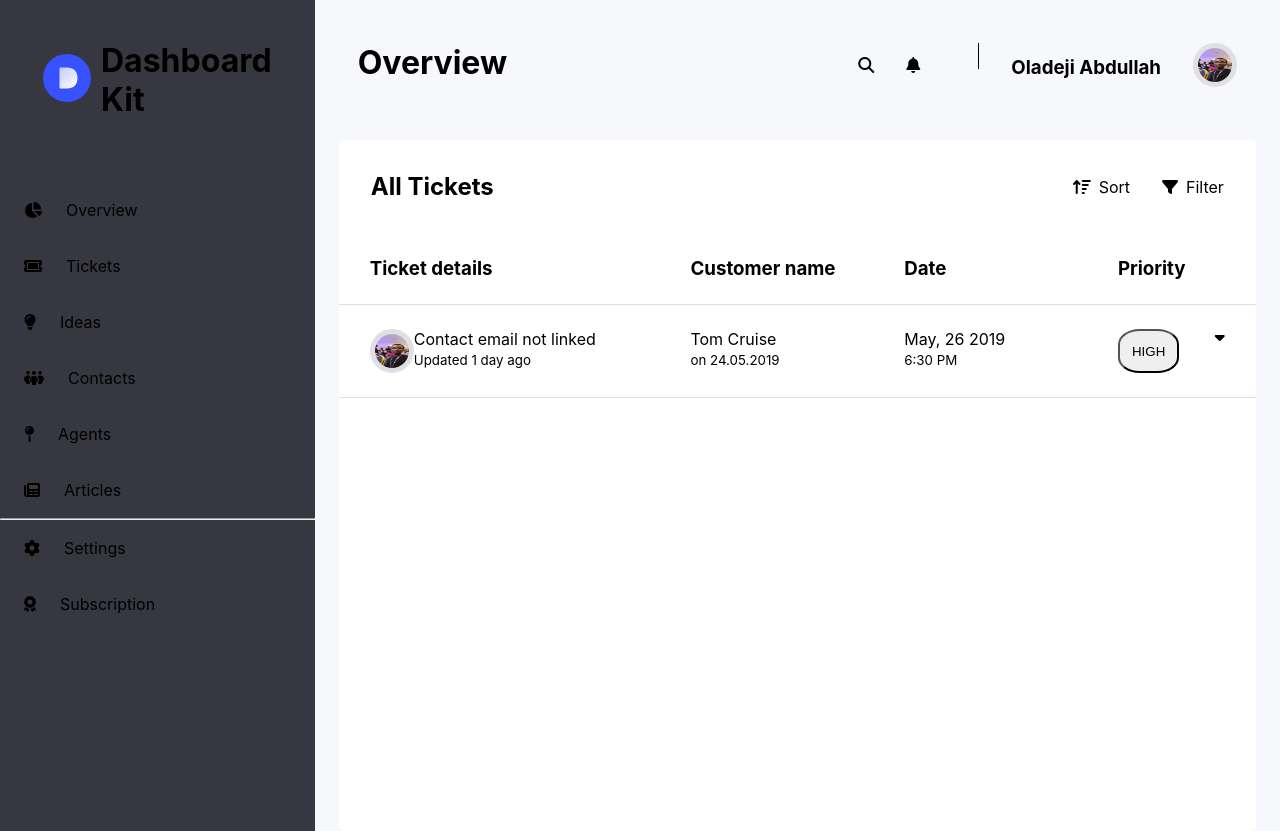
Repository: BuduCE/dashboard
Page: /
The author's editor kept a copy of each file at every save. The page is drawn from the files as they stood at one save, then again after the next save.
The browser window is 1280 px wide. The pictures show the whole page.
Some web libraries are served in a nearby version. The project was rebuilt for these pictures with package versions that can differ from the ones it lists, and the page was loaded fresh each time. Also part of the build but not shown: src/pages/Overview/index.jsx.

Above is the page before, as saved 2022-08-05 00:08:31.

After the next save:
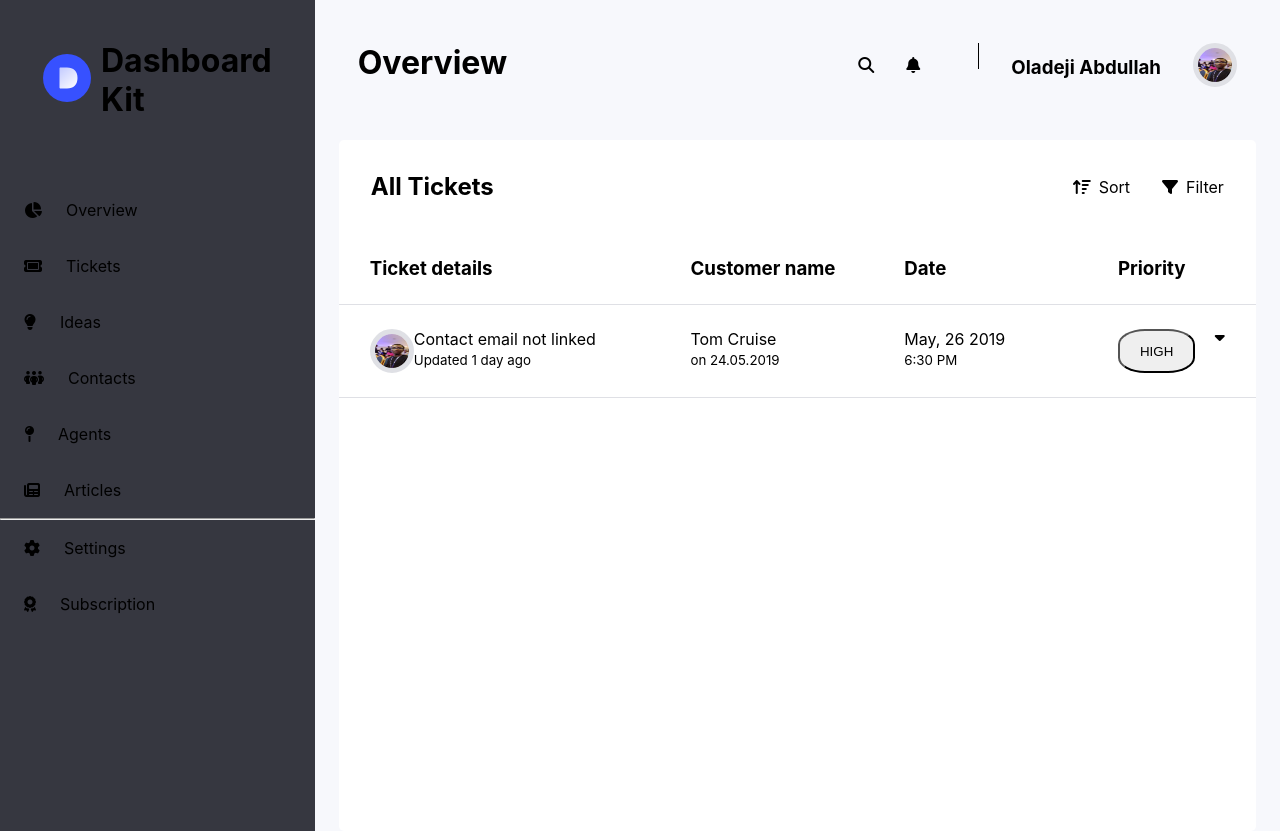
Saved 20 s later.
--- a/src/pages/Tickets/styles.css
+++ b/src/pages/Tickets/styles.css
@@ -53,6 +53,6 @@
     justify-content: space-between;
 }
 .info_status button{
-    padding: 5px 12px;
+    padding: 5px 20px;
     border-radius: 35%;
 }
